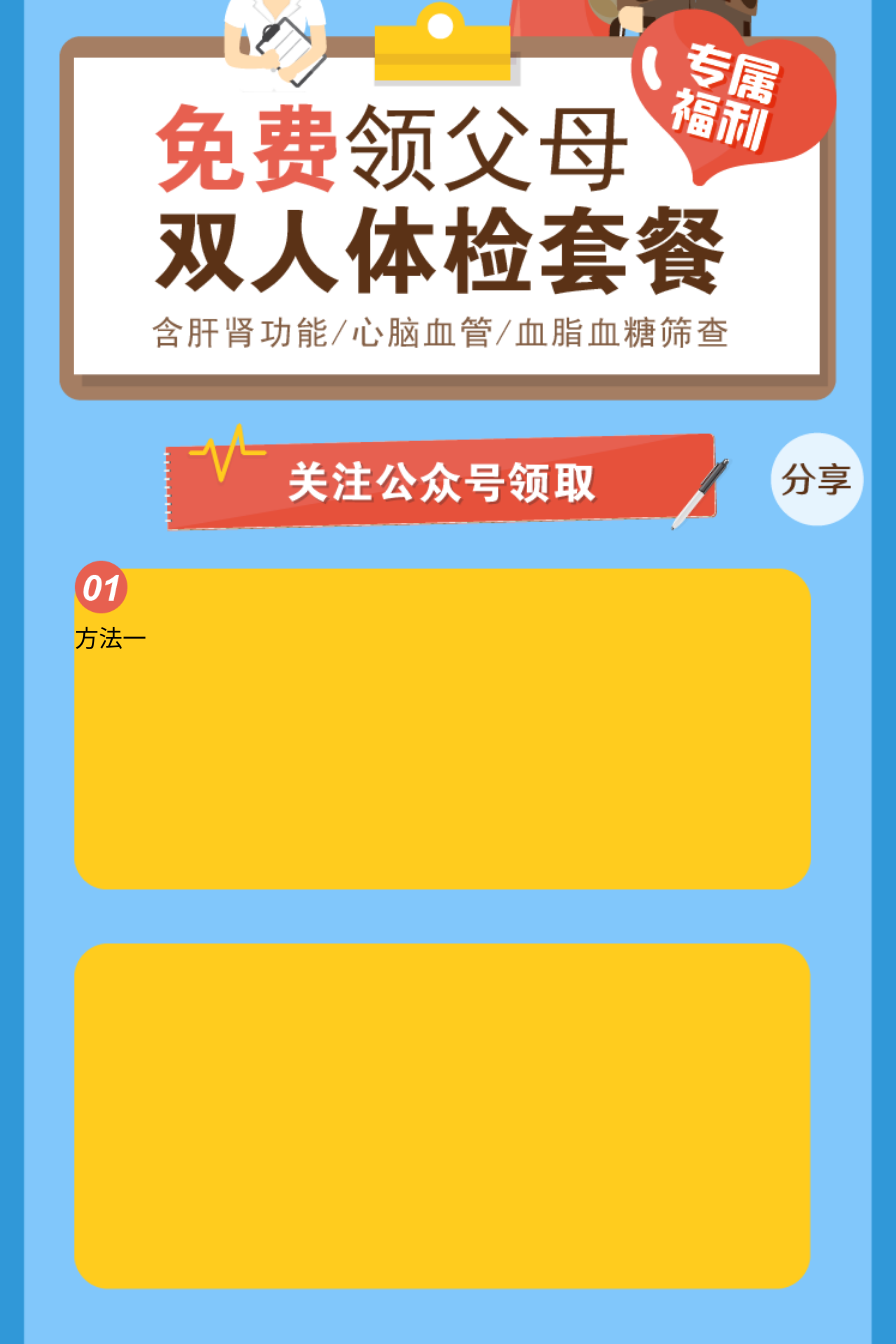
Repository: my-name-jun/enforceTraining
Page: zqtjfl/index.html
An editor plug-in stored every save of this project. The page is shown before and after the next save, followed by the edit.
The browser window is 1280 px wide. The pictures show the part of the page from y = 533 to 2453 px (the page is 2661 px tall), at 70% of full size.
The page's requests for data from a server got no answer.

Above is the page before, as saved 2018-09-19 14:44:12.

### zqtjfl/index.html
<!DOCTYPE html>
<html lang="en">

<head>
    <meta name="viewport" content="width=device-width, initial-scale=1.0, minimum-scale=1.0, maximum-scale=1.0, user-scalable=no">
    <meta name="format-detection" content="telephone=no" />
    <meta name="apple-mobile-web-app-capable" content="yes" />
    <meta name="apple-mobile-web-app-status-bar-style" content="black" />
    <meta http-equiv="Content-Type" content="text/html; charset=UTF-8">
    <meta charset="UTF-8">
    <title>中秋体检福利</title>
    <link rel="stylesheet" href="./css/index.css" />
    <script src="./js/refreshFS.js"></script>
</head>

<body>

    <div class="main_container">
        <img src="./images/midautumn-04.png" class="main_logo"/>
        <div class="main_banner">
            <img src="./images/midautumn-05.png" class="banner"/>
        </div>
        <div class="main_subtitle">
            <img src="./images/midautumn-06.png" class="subtitle"/>
            <img src="./images/midautumn-07.png" class="share"/>
        </div>

        <div class="main_content1">
            <img src="./images/midautumn-09.png" class="label_img1"/>
            <div>方法一</div>
        </div>
        <div></div>
    </div>
    <div class="footer">本活动最终解释权归招商仁和人寿所有</div>

</body>
<script src="./js/jquery.min.js"></script>
<script src="./js/index.js"></script>

</html>

### zqtjfl/css/index.css
body{
    margin: 0;
    padding: 0;
    background: #3098d8;
    padding:2.67%;
}
*{
    box-sizing: border-box;
}
.main_container{
    position: relative;
    width: 100%;
    height: 0;
    background: url("../images/midautumn-12.png") no-repeat;
    background-size: 100% auto;
    padding-bottom: 209%;
}

.main_logo{
    position: absolute;
    width: 35.2%;
    top: 1.4%;
    left: 3.4%
}
.main_banner{
    width: 100%;
    text-align: center;
    padding-top: 4.3%;
}
.banner{
    width: 91.54%;
}

.main_subtitle{
    position: relative;
    width: 100%;
    text-align: center;
    padding-top: 2%;
}
.subtitle{
    width: 67.3%;
}
.share{
    position: absolute;
    width: 10.98%;
    right: 1%;
    top: 20%;

}
.main_content1{
    position: relative;
    width: 88%;
    height: 0;
    margin: 2.8% auto 0;
    padding-bottom: 38%;
}

.footer{
    color: #ffffff;
    font-size: 1.2rem;
    text-align: center;
}

### zqtjfl/js/refreshFS.js
/**
 * Created by gthowe on 17/3/20.
 */
/**
 * 基于iphone375宽度的基准做制作，把body的font-size按比例设置成约等于10px
 * 设置字体大小用单位em  1em=10px,1.4em=14px....以此类推
 * @type {string}
 */
// document.getElementsByTagName("body")[0].style.fontSize = document.body.clientWidth / 37.5 + 'px';

document.documentElement.style.fontSize = document.documentElement.clientWidth / 37.5 + 'px';

### zqtjfl/js/index.js
$(document).ready(function(){


    var img_content_width = $("#banner_container a").outerWidth();
    var img_num = $("#banner_container a").length;
    var banner_content_width = img_content_width * img_num +20;
    if(img_num<2){
    }else{
        $('#banner_container').css("width",banner_content_width + "px");
    }

    function getActivityInfo() {
        $.ajax({
            //提交数据的类型 POST GET
            type: "GET",
            //提交的网址
            url: "/service/gdApp/getActivityInfo",
            //提交的数据
            headers: { 'Content-Type': 'application/x-www-form-urlencoded' },
            //在请求之前调用的函数
            beforeSend: function () {  },
            //成功返回之后调用的函数
            success: function (data) {
                if(data.statusCode == 1){
                    $('#lastNum').text(data.data.lastNumber);
                }
            },
            //调用执行后调用的函数
            complete: function (XMLHttpRequest, textStatus) {
            },
            //调用出错执行的函数
            error: function () {
                //请求出错处理
            }
        });
    }
    getActivityInfo();
});

Loaded but not shown: zqtjfl/js/jquery.min.js (library)

After the next save:
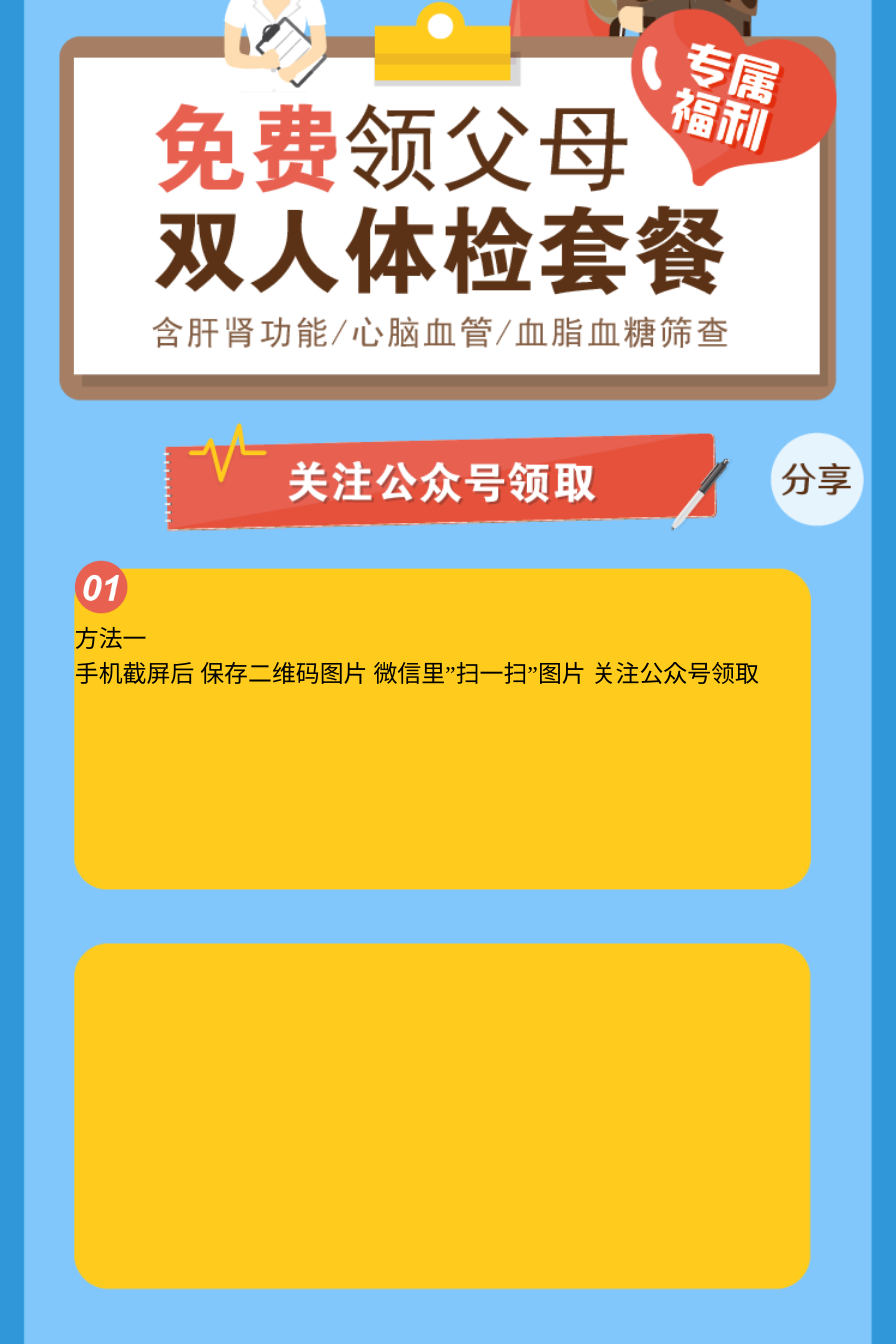
Saved 22 s later.
--- a/zqtjfl/index.html
+++ b/zqtjfl/index.html
@@ -28,6 +28,12 @@
         <div class="main_content1">
             <img src="./images/midautumn-09.png" class="label_img1"/>
             <div>方法一</div>
+            <div>
+                手机截屏后
+                保存二维码图片
+                微信里”扫一扫”图片
+                关注公众号领取
+            </div>
         </div>
         <div></div>
     </div>
